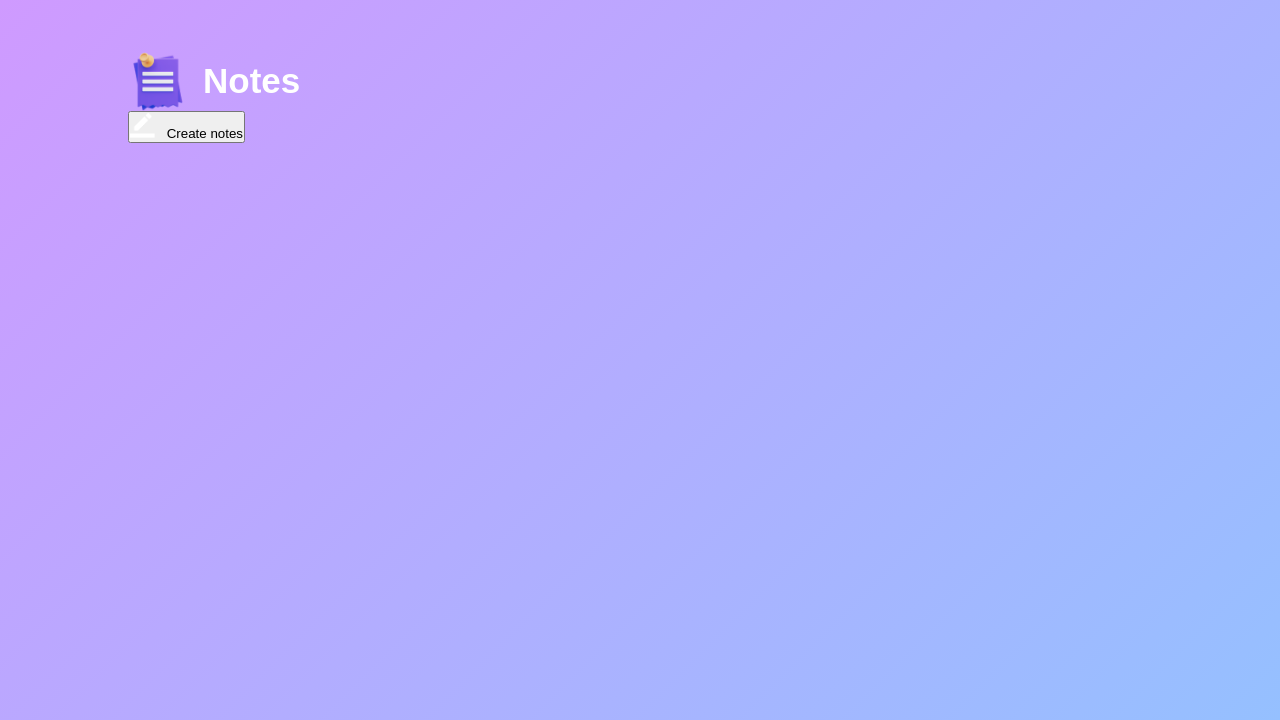
Repository: gaphappy55/notes-app
Page: index.html
These files come from the project's save history. The page is drawn as it stood at one moment and after the next save; the edit follows.
The browser window is 1280 px wide. The pictures show the whole page.

Above is the page before, as saved 2025-11-22 22:56:13.

After the next save:
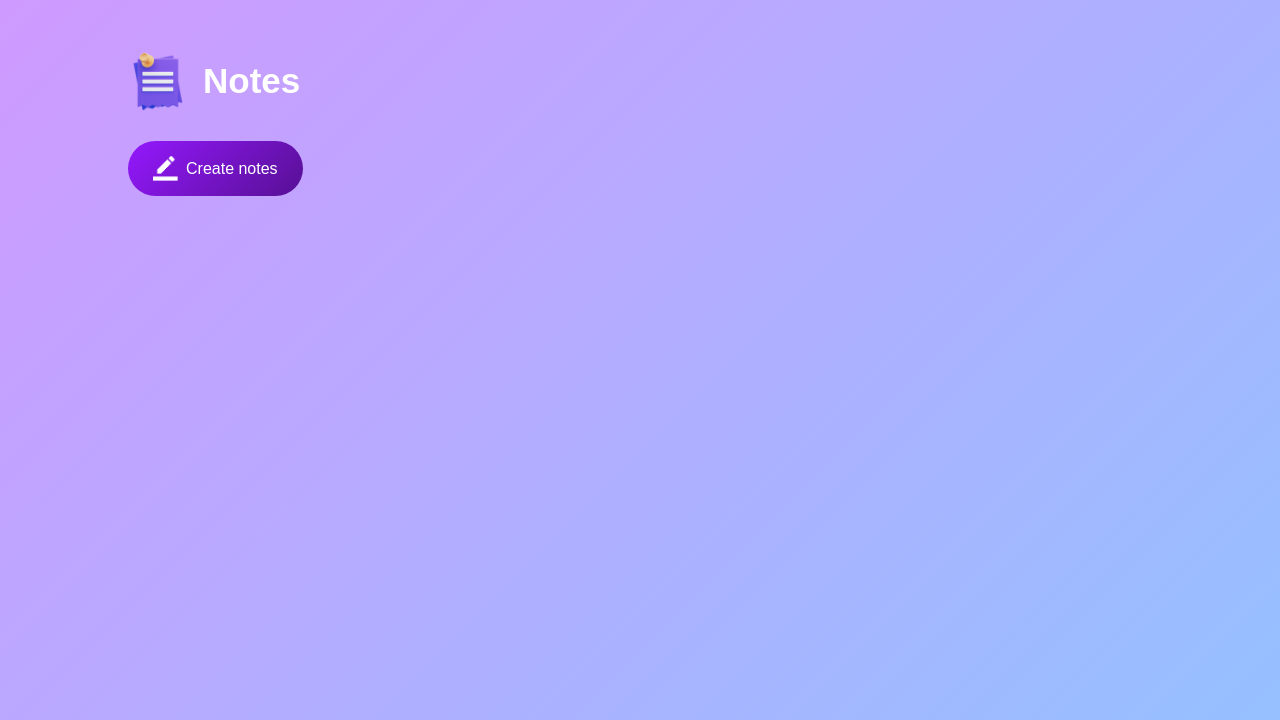
Saved 109 s later.
--- a/style.css
+++ b/style.css
@@ -26,3 +26,16 @@
     width: 25px;
     margin-right: 8px;
 }
+.container button{
+    display: flex;
+    align-items: center;
+    background: linear-gradient(135deg, #9418fd, #571094);
+    color: #fff;
+    font-size: 16px;
+    outline: 0;
+    border: 0;
+    border-radius: 40px;
+    padding: 15px 25px;
+    margin: 30px 0 20px;
+    cursor: pointer;
+}
